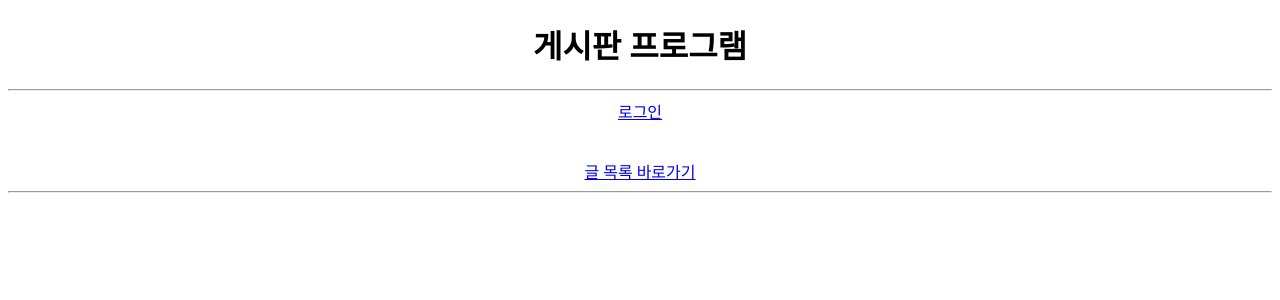
Repository: teeeeeeemo/workspace_spring
Page: http://localhost/BoardWeb/
These files come from the project's save history. The page is drawn as it stood at one moment and after the next save; the edit follows.
The browser window is 1280 px wide. The pictures show the whole page.
The page is served by Tomcat 9. Other server files are loaded and not shown.

Above is the page before, as saved 2017-01-20 09:26:41.

### BoardWeb/src/main/webapp/index.jsp
<%@ page language="java" contentType="text/html; charset=UTF-8"
    pageEncoding="UTF-8"%>
<!DOCTYPE html PUBLIC "-//W3C//DTD HTML 4.01 Transitional//EN" "http://www.w3.org/TR/html4/loose.dtd">
<html>
<head>
<meta http-equiv="Content-Type" content="text/html; charset=UTF-8">
<title>Main page</title>
</head>
<body>
<center>
	<h1>게시판 프로그램</h1>
	<hr>
		<a href="login.do">로그인</a><br><br><br>
		<a href="getBoardList.do">글 목록 바로가기</a>
	<hr>

</center>
</body>
</html>

After the next save:
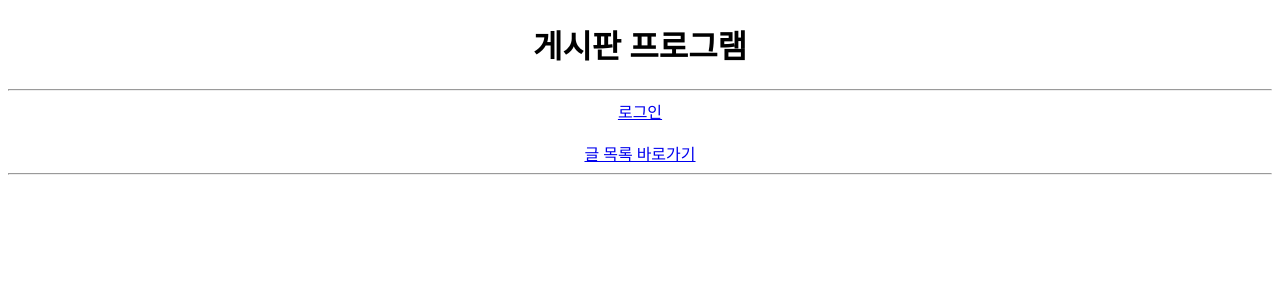
Saved 86 s later.
--- a/BoardWeb/src/main/webapp/index.jsp
+++ b/BoardWeb/src/main/webapp/index.jsp
@@ -10,7 +10,7 @@
 <center>
 	<h1>게시판 프로그램</h1>
 	<hr>
-		<a href="login.do">로그인</a><br><br><br>
+		<a href="login.do">로그인</a><br><br>
 		<a href="getBoardList.do">글 목록 바로가기</a>
 	<hr>
 
